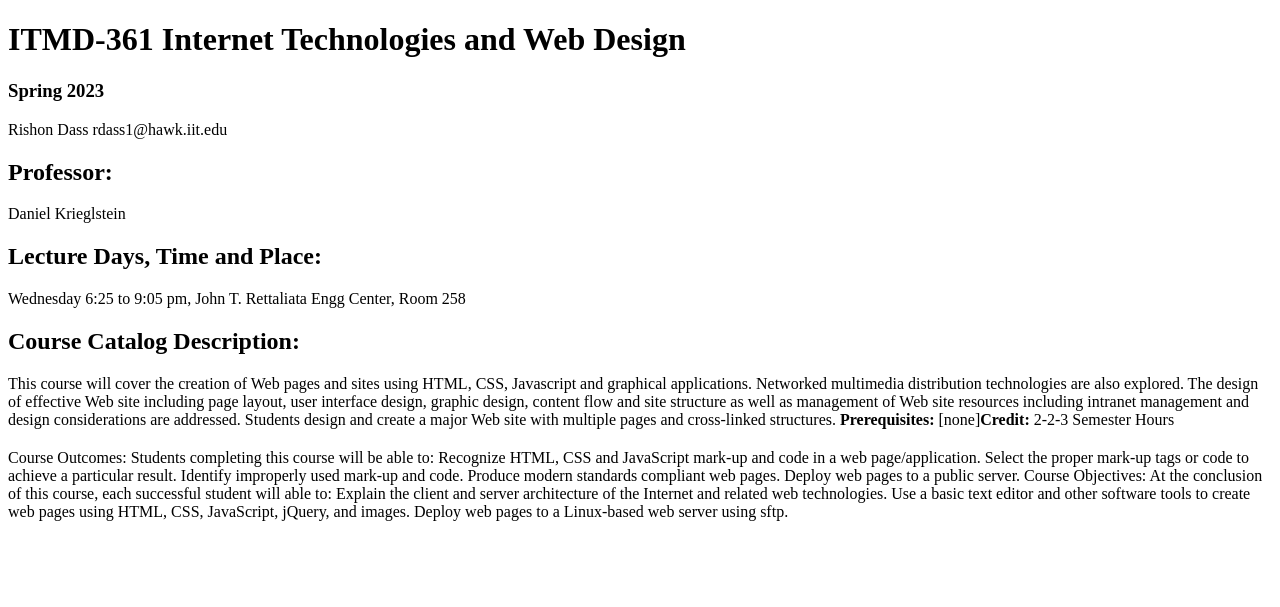
Repository: rishondass/ITMD361-Lab2
Page: lab2raw_text.html
These files come from the project's save history. The page is drawn as it stood at one moment and after the next save; the edit follows.
The browser window is 1280 px wide. The pictures show the whole page.

Above is the page before, as saved 2023-01-13 14:09:18.

After the next save:
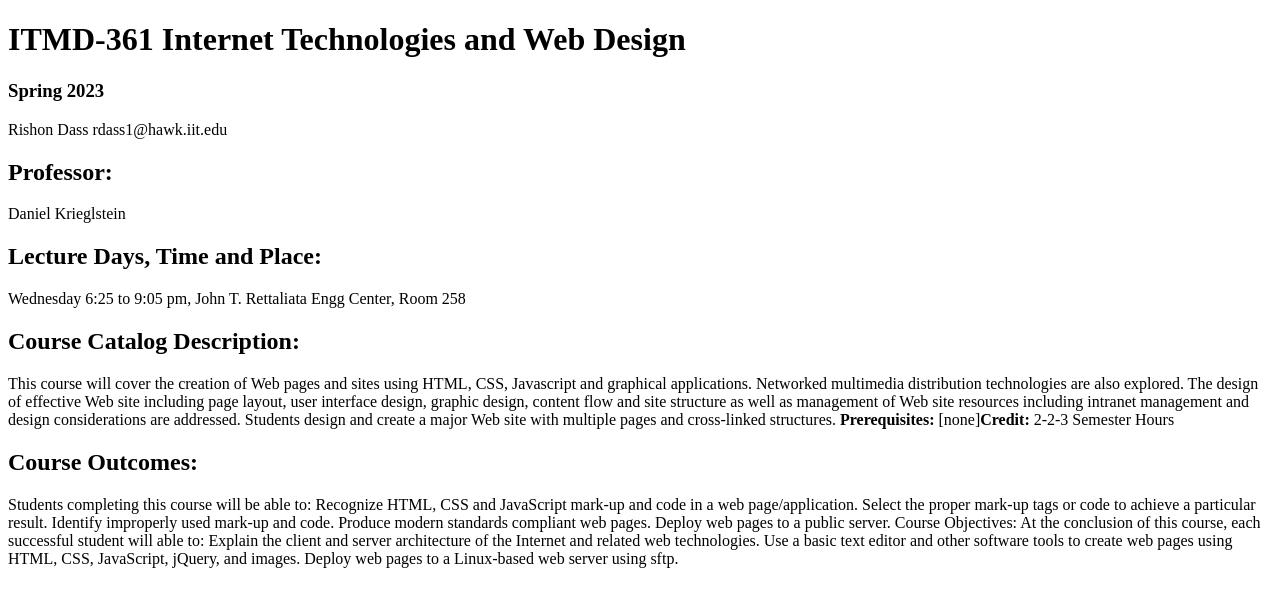
Saved 4 s later.
--- a/lab2raw_text.html
+++ b/lab2raw_text.html
@@ -35,7 +35,7 @@
         This course will cover the creation of Web pages and sites using HTML, CSS, Javascript and graphical applications. Networked multimedia distribution technologies are also explored. The design of effective Web site including page layout, user interface design, graphic design, content flow and site structure as well as management of Web site resources including intranet management and design considerations are addressed. Students design and create a major Web site with multiple pages and cross-linked structures. <strong>Prerequisites:</strong> [none]<strong>Credit:</strong> 2-2-3 Semester Hours
     </p>
     <h2>
-
+        Course Outcomes:
     </h2>
 </body>
 </html>
@@ -46,7 +46,7 @@
 
 
 
-Course Outcomes:
+
 Students completing this course will be able to:
 Recognize HTML, CSS and JavaScript mark-up and code in a web page/application.
 Select the proper mark-up tags or code to achieve a particular result.
